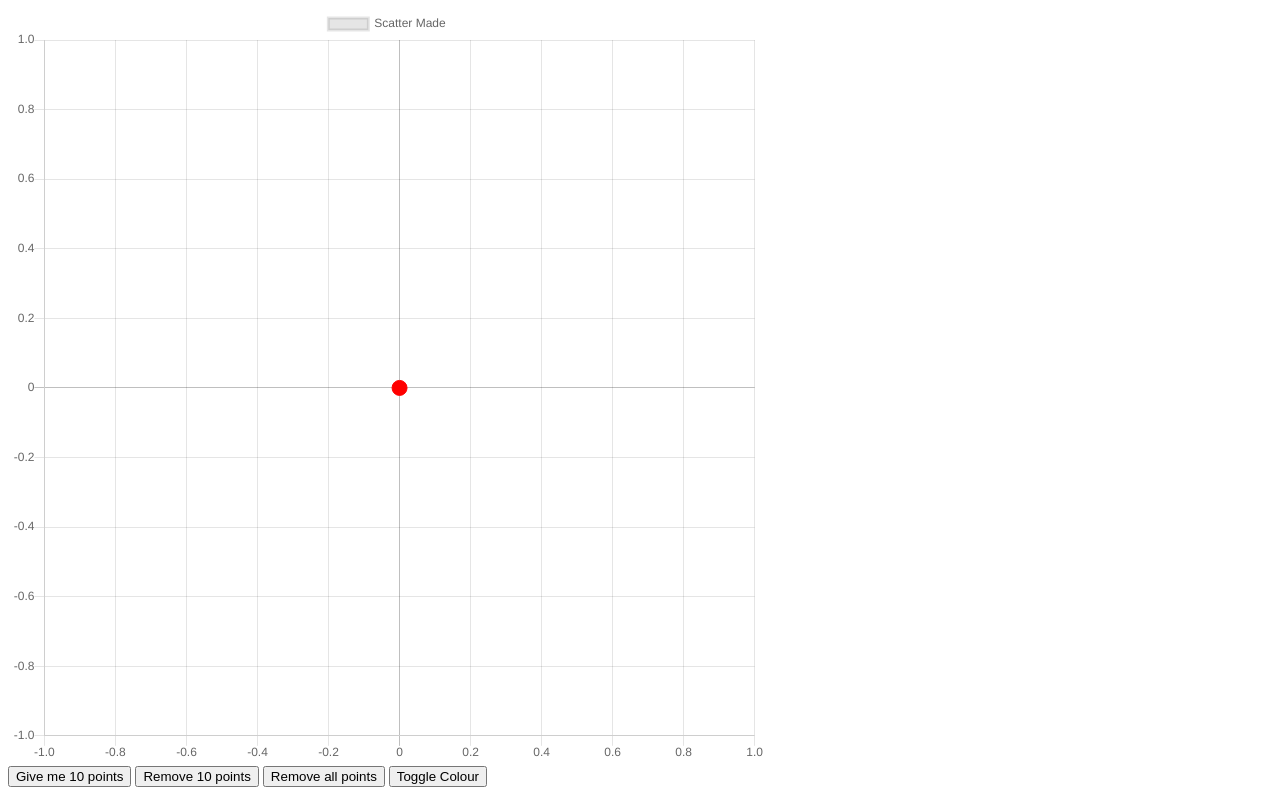
Repository: MadeleineHarbom/Cloud
Page: lektion19/WebContent/E5_buttons.html
These files come from the project's save history. The page is drawn as it stood at one moment and after the next save; the edit follows.
The browser window is 1280 px wide. The pictures show the whole page.
Some web libraries are served in a nearby version.

Above is the page before, as saved 2020-01-28 12:09:28.

After the next save:
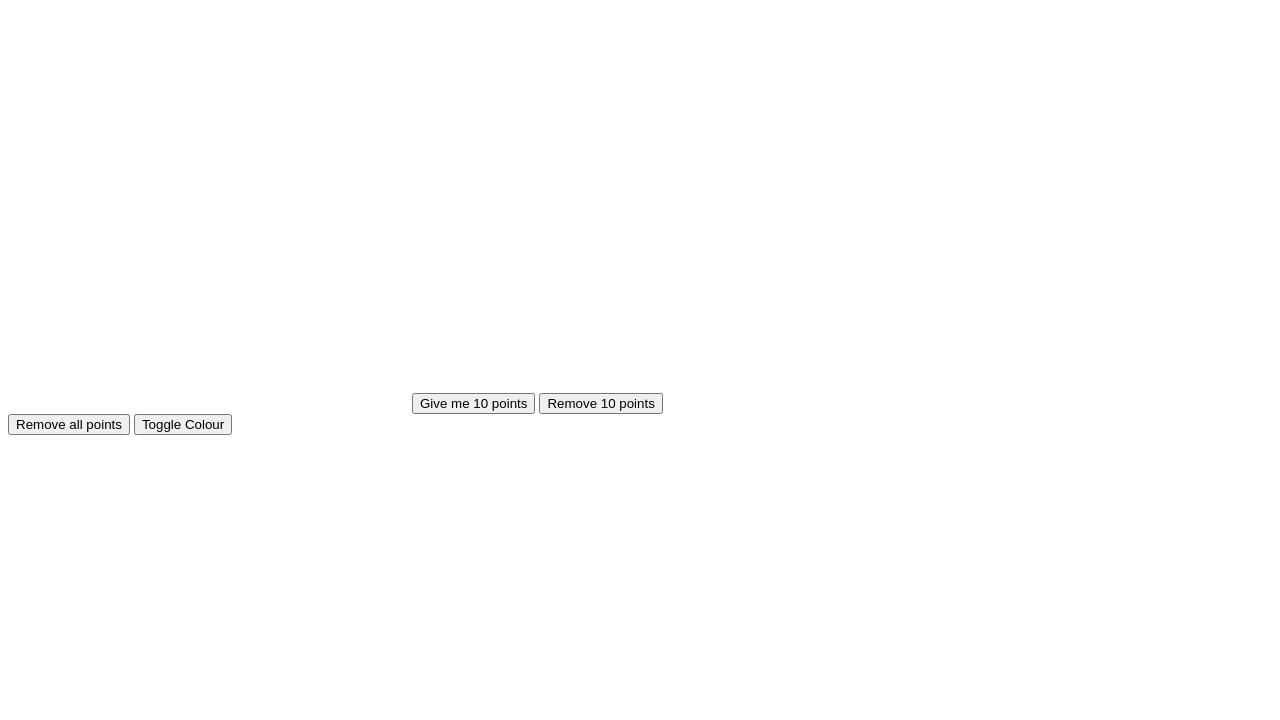
Console error: SyntaxError: Unexpected token ':'
Saved 47 s later.
--- a/lektion19/WebContent/E5_buttons.html
+++ b/lektion19/WebContent/E5_buttons.html
@@ -66,6 +66,7 @@
     	  if (scatterChart.config.data.datasets[0].pointBackgroundColor == "#FF0000") {
     		  console.log("Going black");
     		  scatterChart.config.data.datasets[0].pointBackgroundColor = "#000000";
+    		  scatterChart.config.data.datasets[0].pointBorderColor: '#000000'
     	  }
     	  else {
     		  console.log("Going red");

After the save that followed:
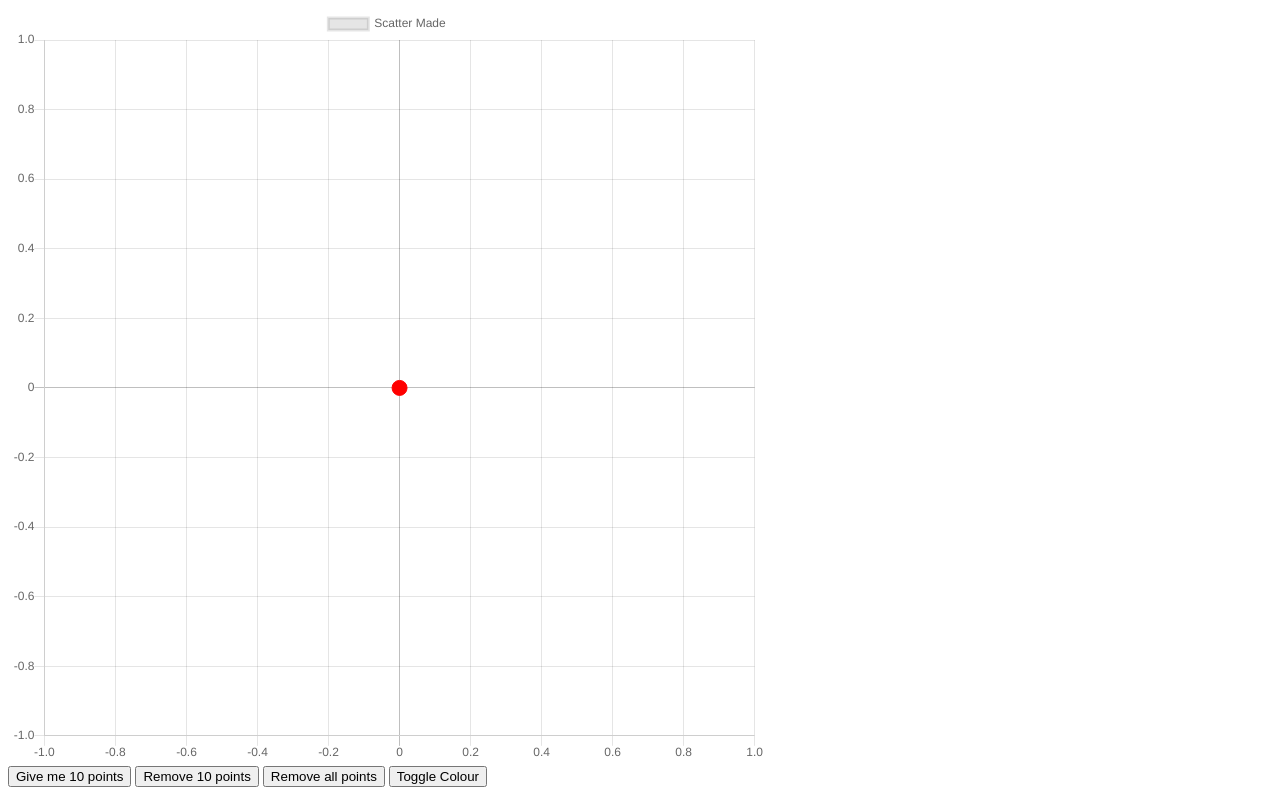
The error is gone.
Saved 13 s later.
--- a/lektion19/WebContent/E5_buttons.html
+++ b/lektion19/WebContent/E5_buttons.html
@@ -66,7 +66,7 @@
     	  if (scatterChart.config.data.datasets[0].pointBackgroundColor == "#FF0000") {
     		  console.log("Going black");
     		  scatterChart.config.data.datasets[0].pointBackgroundColor = "#000000";
-    		  scatterChart.config.data.datasets[0].pointBorderColor: '#000000'
+    		  scatterChart.config.data.datasets[0].pointBorderColor= '#000000'
     	  }
     	  else {
     		  console.log("Going red");
